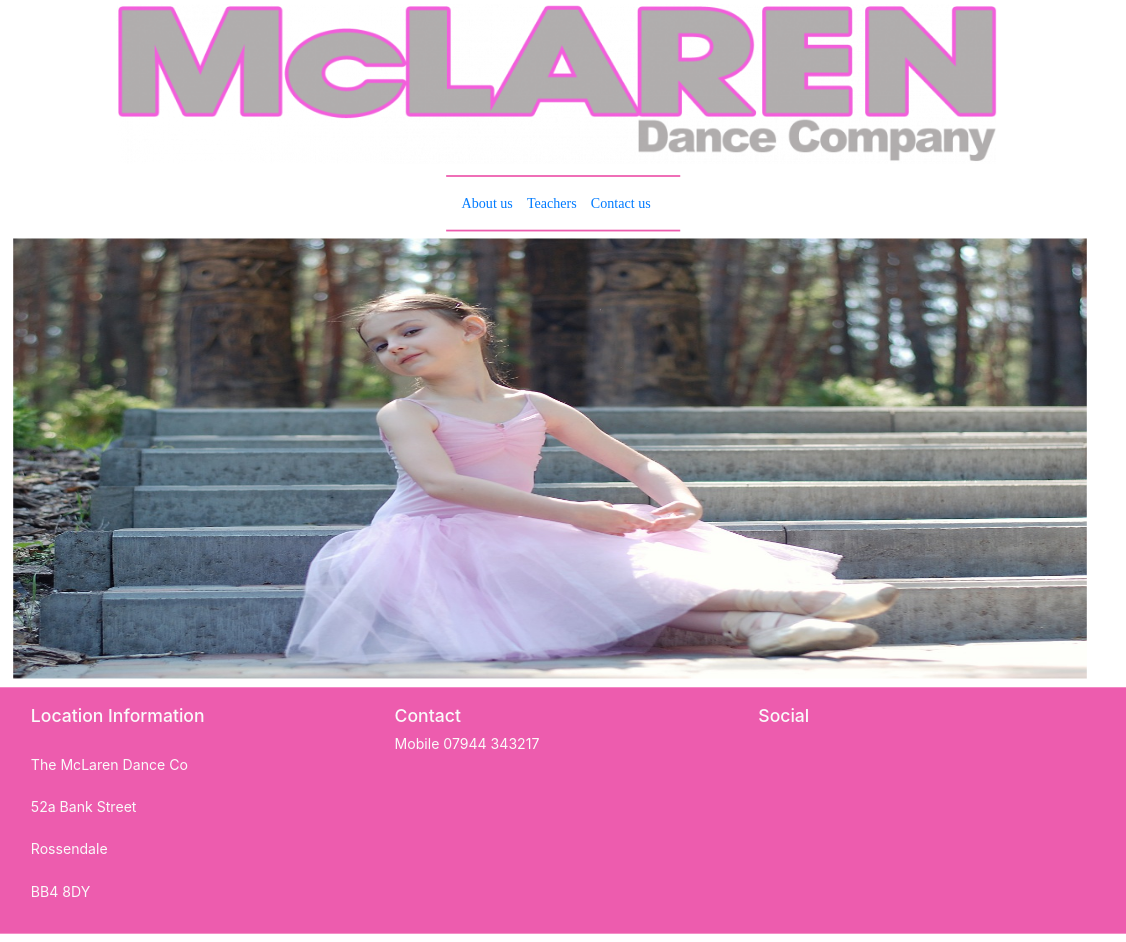
Repository: Mjboulton/Milestone-Project-1
Page: about.html
The author's editor kept a record of every edit. The page is drawn from the files as they stood at one moment, then again after the next edit.
The browser window is 1280 px wide. The pictures show the whole page, at 88% of full size.

Above is the page before.

### about.html
<!doctype html>
<html lang="en">

<head>
    <!-- Required meta tags -->
    <meta charset="utf-8">
    <meta name="viewport" content="width=device-width, initial-scale=1, shrink-to-fit=no">
    <!-- Bootstrap CSS -->
    <link rel="stylesheet" href="https://stackpath.bootstrapcdn.com/bootstrap/4.3.1/css/bootstrap.min.css" integrity="sha384-ggOyR0iXCbMQv3Xipma34MD+dH/1fQ784/j6cY/iJTQUOhcWr7x9JvoRxT2MZw1T" crossorigin="anonymous">
    <!-- jQuery first, then Popper.js, then Bootstrap JS -->
    <script src="https://code.jquery.com/jquery-3.3.1.slim.min.js" integrity="sha384-q8i/X+965DzO0rT7abK41JStQIAqVgRVzpbzo5smXKp4YfRvH+8abtTE1Pi6jizo" crossorigin="anonymous"></script>
    <script src="https://cdnjs.cloudflare.com/ajax/libs/popper.js/1.14.7/umd/popper.min.js" integrity="sha384-UO2eT0CpHqdSJQ6hJty5KVphtPhzWj9WO1clHTMGa3JDZwrnQq4sF86dIHNDz0W1" crossorigin="anonymous"></script>
    <script src="https://stackpath.bootstrapcdn.com/bootstrap/4.3.1/js/bootstrap.min.js" integrity="sha384-JjSmVgyd0p3pXB1rRibZUAYoIIy6OrQ6VrjIEaFf/nJGzIxFDsf4x0xIM+B07jRM" crossorigin="anonymous"></script>
    <link rel="stylesheet" href="assets/css/style.css" />
    <title>Mclaren Dance School</title>
</head>

<body>

    <header>
        <!-- Header navbar -->
        <div class="container">
            <nav class="navbar-logo">
                <a class="navbar-brand" href="index.html">
               <img src="assets/images/mclarenlogo.png"></a>
            </nav>
        </div>

        <nav class="navbar navbar-expand-lg">
            <button class="navbar-toggler" type="button" data-toggle="collapse" data-target="#navbarNav" aria-controls="navbarNav" aria-expanded="false" aria-label="Toggle navigation">
            <span class="navbar-toggler-icon"></span>
            </button>
            <div class="container" class="navbar navbar-collapse" id="navbarNav">
                <ul class="navbar-nav">
                    <li class="nav-item active">
                        <a class="nav-link" href="#">About us<span class="sr-only">(current)</span></a>
                    </li>
                    <li class="nav-item">
                        <a class="nav-link" href="#">Teachers</a>
                    </li>
                    <li class="nav-item">
                        <a class="nav-link" href="#">Contact us</a>
                    </li>
                    <li class="nav-item">
                        <a class="nav-link disabled" href="#" tabindex="-1" aria-disabled="true"></a>
                    </li>
                </ul>
            </div>
        </nav>
        <div class="container-fluid">
            <div class="row col-lg-12 col-md-12 col-sm-12 col-xs-12">
                <img src="assets/images/about1.png" alt="ballerina shoes" class="main-page-pic">
            </div>
        </div>
    </header>

    <div id="about-me">
        <div class="container about-row">

        </div>
    <div/>

        <footer class="container-fluid">
            <div id="footer-details" class="row">
                <div class="col-sm-4">
                    <h5 class="uppercase general-sub">Location Information</h5>
                    <p class="inline-block">
                        <br>The McLaren Dance Co</br>
                        <br>52a Bank Street</br>
                        <br>Rossendale</br>
                        <br>BB4 8DY</br>
                    </p>
                </div>
                <div class="col-sm-4">
                    <h5 class="uppercase general-sub">Contact</h5>
                    <p class="inline-block">
                        Mobile 07944 343217
                    </p>
                </div>
                <div class="col-sm-4">
                    <h5 class="uppercase general-sub">Social</h5>
                    <ul class="list-inline social-links">
                        <li class="list-inline-item">
                            <a target="_blank" href="#">
                            <i class="fa fa-facebook" aria-hidden="true"></i>
                            <span class="sr-only">Facebook</span>
                        </a>
                        </li>
                        <li class="list-inline-item">
                            <a target="_blank" href="#">
                            <i class="fa fa-twitter" aria-hidden="true"></i>
                            <span class="sr-only">Twitter</span>
                        </a>
                        </li>
                        <li class="list-inline-item">
                            <a target="_blank" href="#">
                            <i class="fa fa-instagram" aria-hidden="true"></i>
                            <span class="sr-only">Instagram</span>
                        </a>
                        </li>
                    </ul>

                </div>
            </div>


        </footer>

</body>

</html>

### assets/css/style.css
@import url('https://fonts.googleapis.com/css?family=Roboto:100,200,300,400,500,600,700|Exo:100,200,300,400,500,600,700');

/*---------header-----------*/

.header {
    padding: 5px;
}

.navbar-logo {
    text-align: center;

}

.navbar-nav {
    font-family: 'Abel' , 'sans-serif';
    color: #ED5CAE;
    padding: 10px;
    margin: 0px auto 0px;
    border-top: 2px solid #ED5CAE;
    border-bottom: 2px solid #ED5CAE;
    text-align: center;
}

.main-page-pic {
    display: block;
    margin: 0px auto;
    width: 100%;
    height: 500px;
}

.information-container {
    font-family: 'Abel', 'sans-serif' ;
    font-size: 14px;
    text-align: left;
    padding: 0px;

}

/*------------footer-------------*/

footer {
    background-color: #ED5CAE;
    color: #fafafa;
    min-height: 120px;
    margin: 10px;
    margin-left: 300px;
    margin-right: 30px;
}

.social-links {
    padding-bottom: 15px;
}

.social-links ul li a i {
    width: 32px;
    height: 32px;
    padding: 0px 0;
    border-radius: 50%;
    font-size: 13px;
    line-height: 7px;
    text-align: center;
    color: #fafafa;
    background: #525252;
    transition: all 0.35s ease-in-out;
    -moz-transition: all 0.35s ease-in-out;
    -webkit-transition: all 0.35s ease-in-out;
    -o-transition: all 0.35s ease-in-out;
}

.social-links li a i:hover {
    background: #e84610;
}

#footer-details {
    padding: 20px;
}

/*-------------About us--------------*/

.about-row {
    text-align: center;
    line-height: 2;

}

After the next edit:
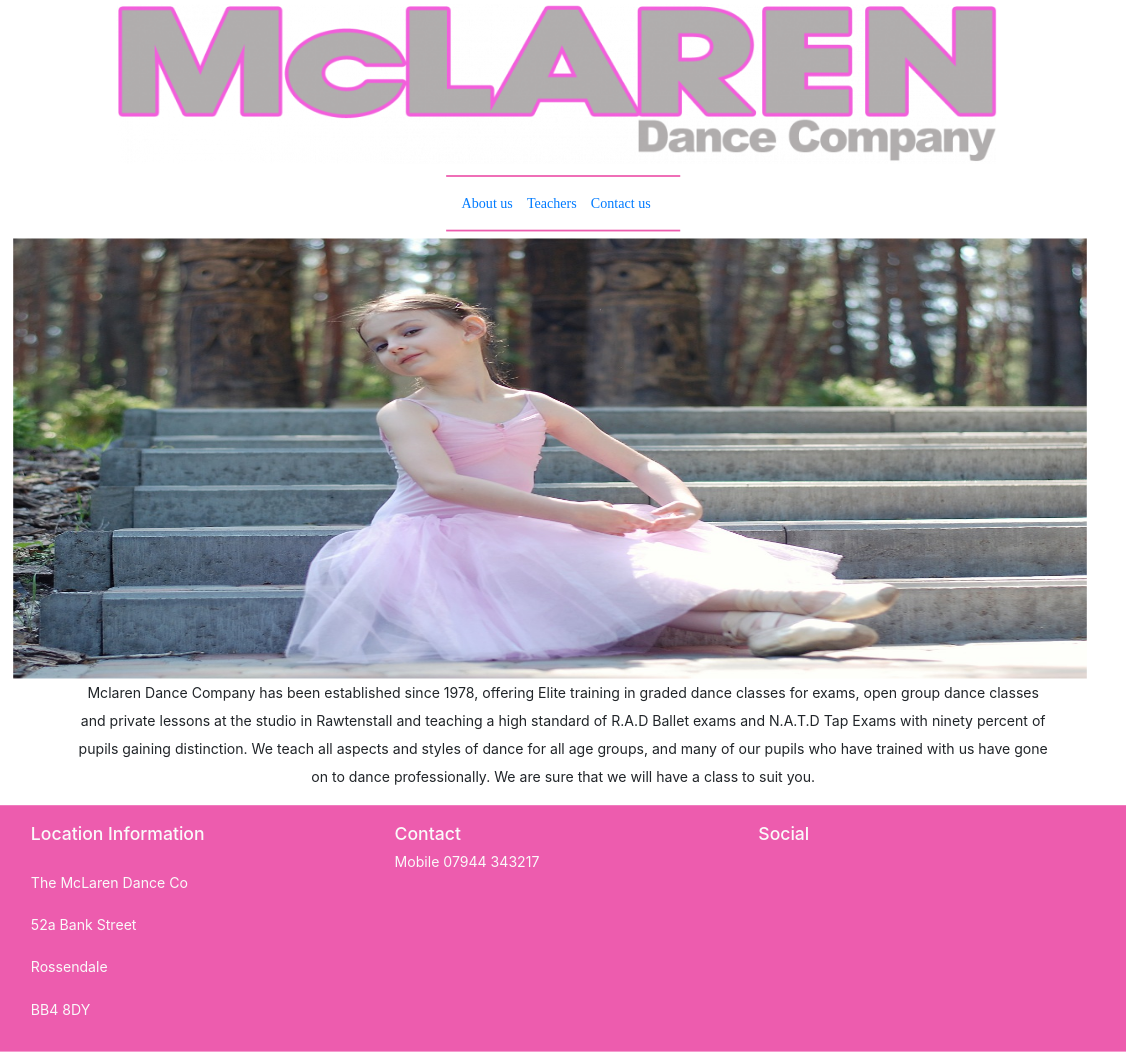
The edit:
--- a/about.html
+++ b/about.html
@@ -56,7 +56,9 @@
 
     <div id="about-me">
         <div class="container about-row">
-
+            <p>Mclaren Dance Company has been established since 1978, offering Elite training in graded dance classes for exams, open group dance classes and private lessons at the studio in Rawtenstall
+            and teaching a high standard of R.A.D Ballet exams and N.A.T.D Tap Exams with ninety percent of pupils gaining distinction.
+            We teach all aspects and styles of dance for all age groups, and many of our pupils who have trained with us have gone on to dance professionally. We are sure that we will have a class to suit you.</p>
         </div>
     <div/>
 
